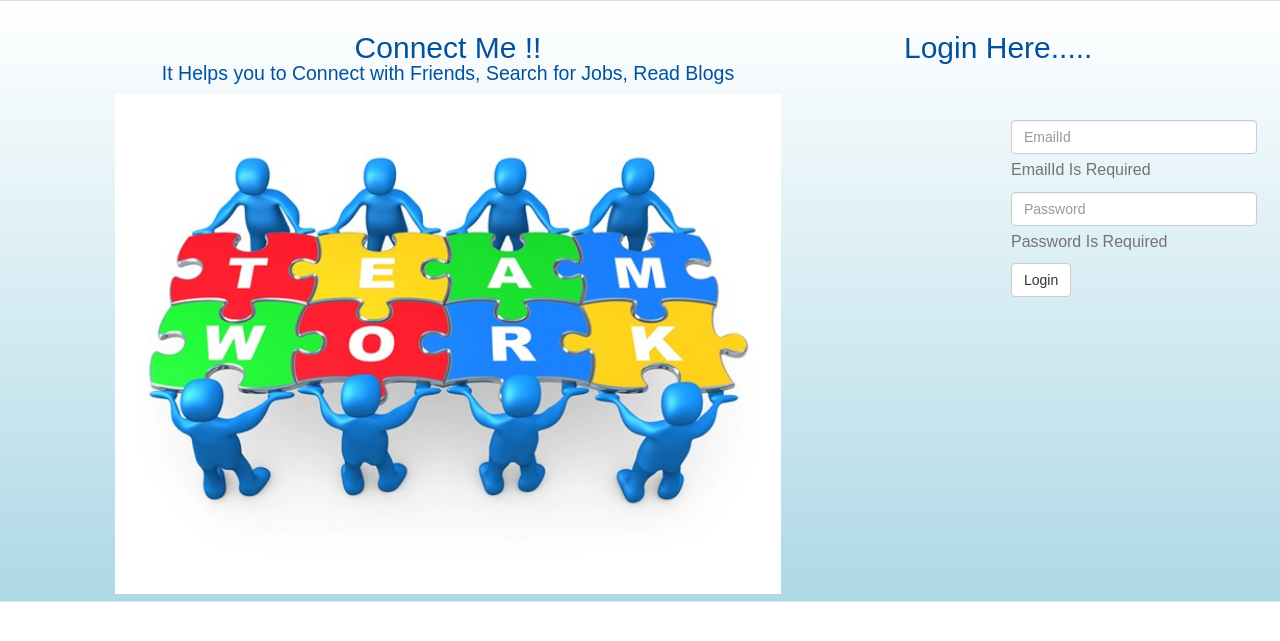
Repository: KaustubhKamat/CollaborationPlatform
Page: CollaborationFrontEnd/WebContent/c_user/login.html
The author's editor kept a copy of each file at every save. The page is drawn from the files as they stood at one save, then again after the next save.
The browser window is 1280 px wide. The pictures show the whole page.
Some web libraries are served in a nearby version.

Above is the page before, as saved 2017-03-03 10:31:05.

### CollaborationFrontEnd/WebContent/c_user/login.html
<html>
<head>
<meta charset="ISO-8859-1">
<title>Insert title here</title>
<link rel="stylesheet"
	href="https://maxcdn.bootstrapcdn.com/bootstrap/3.3.7/css/bootstrap.min.css">
<script
	src="https://ajax.googleapis.com/ajax/libs/jquery/1.12.4/jquery.min.js"></script>
<link rel="stylesheet"
	href="https://maxcdn.bootstrapcdn.com/font-awesome/4.4.0/css/font-awesome.min.css">
<script
	src="https://maxcdn.bootstrapcdn.com/bootstrap/3.3.7/js/bootstrap.min.js"></script>
	<script src="https://ajax.googleapis.com/ajax/libs/angularjs/1.4.8/angular.min.js"></script>
</head>
<body>

<head>

<link rel="stylesheet"
	href="https://maxcdn.bootstrapcdn.com/bootstrap/3.3.7/css/bootstrap.min.css">
<script
	src="https://ajax.googleapis.com/ajax/libs/jquery/3.1.1/jquery.min.js"></script>
<script
	src="https://maxcdn.bootstrapcdn.com/bootstrap/3.3.7/js/bootstrap.min.js"></script>
<style>
body {
	font-family: sans-serif;

}

form {
	margin: 25px auto;
	font-size: medium;
	padding: 10px 20px;
	border-radius: 10px;
	text-align: justify;
}

body {
	background:
}


</style>
<meta http-equiv="Content-Type" content="text/html; charset=ISO-8859-1">
<title>Insert title here</title>
</head>
<body ng-app="">


<div ng-controller="UserController as ctrl">

<table class="table" style=" background: linear-gradient(white, lightblue);">
<tr>
<td width="70%" valign="top" style="padding-top: 10px">
<center> <h2 style="color:#04519b">Connect Me !! <br><small style="color:#04519b">It Helps you to Connect with Friends, Search for Jobs, Read Blogs</small> </h2></center>
<center><img src="resources/Images/login.jpg" height="500px"></center>
</td>
<td width="30%" style="padding-top: 10px">
<h2 style="color:#04519b">Login Here.....</h2>

<br>
<br>
		<div class="form-group" ng-class="{'has-error' : form.emailId.$dirty && form.emailId.$error.required}">
    <div class="col-sm-offset-3 col-sm-9">
      <input type="email" class="form-control" placeholder="EmailId" ng-model="ctrl.user.emailId" id="emailId" name="emailId" required>
      <span ng-show="form.emailId.$dirty && form.emailId.$error.required" class="help-block">EmailId Is Required</span>
    </div>
  </div>

  <div class="form-group" ng-class="{'has-error' : form.password.$dirty && form.password.$error.required}">
    <div class="col-sm-offset-3 col-sm-9">
      <input type="password" class="form-control" placeholder="Password" ng-model="ctrl.user.password" id="password" name="password" required>
       <span ng-show="form.password.$dirty && form.password.$error.required" class="help-block">Password Is Required</span>
    </div>
  </div>
		<div class="form-group">
			<div class="col-sm-offset-3 col-sm-9">
				<input type="hidden" name="${_csrf.parameterName}"
					value="${_csrf.token}">
				<button type="submit" class="btn btn-default">Login</button>
			</div>
		</div>

		</div>
	</form>
	</div>
</td>

 </body>
 </html>

After the next save:
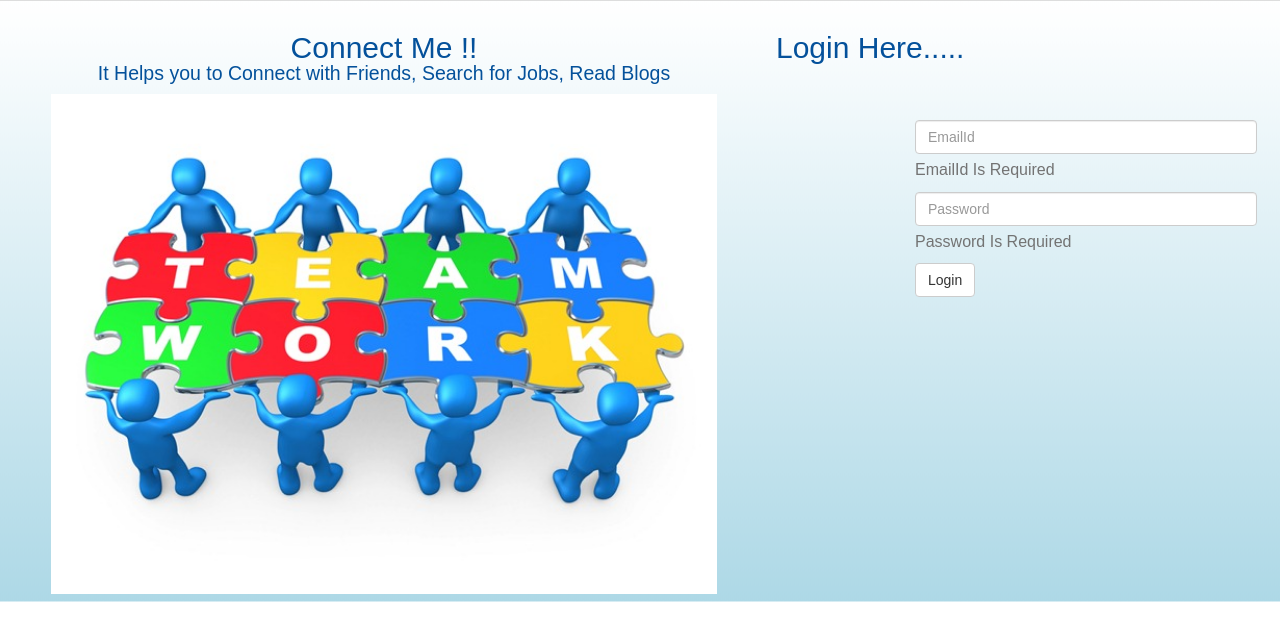
Saved 6 s later.
--- a/CollaborationFrontEnd/WebContent/c_user/login.html
+++ b/CollaborationFrontEnd/WebContent/c_user/login.html
@@ -52,11 +52,11 @@ body {
 
 <table class="table" style=" background: linear-gradient(white, lightblue);">
 <tr>
-<td width="70%" valign="top" style="padding-top: 10px">
+<td width="60%" valign="top" style="padding-top: 10px">
 <center> <h2 style="color:#04519b">Connect Me !! <br><small style="color:#04519b">It Helps you to Connect with Friends, Search for Jobs, Read Blogs</small> </h2></center>
 <center><img src="resources/Images/login.jpg" height="500px"></center>
 </td>
-<td width="30%" style="padding-top: 10px">
+<td width="40%" style="padding-top: 10px">
 <h2 style="color:#04519b">Login Here.....</h2>
 
 <br>
